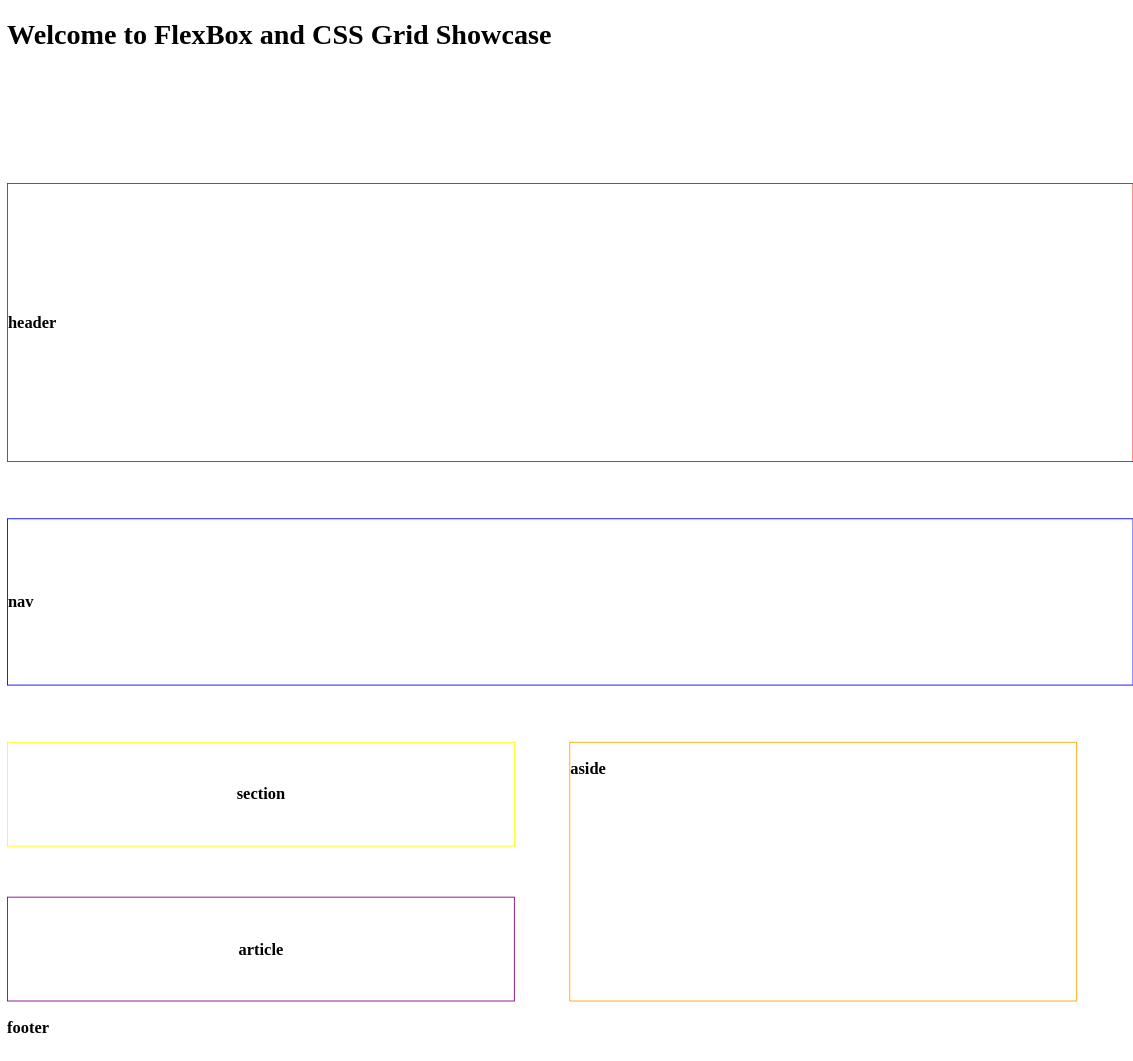
Repository: Awhit-commits/CSS_GRID_AND_FLEXBOX_LESSON
Page: index.html
These files come from the project's save history. The page is drawn as it stood at one moment and after the next save; the edit follows.
The browser window is 1280 px wide. The page is 1288 px wide, so the pictures cover 1288 px, including what lies to the right of the window. The pictures show the whole page, at 88% of full size.

Above is the page before, as saved 2020-12-21 18:40:49.

After the next save:
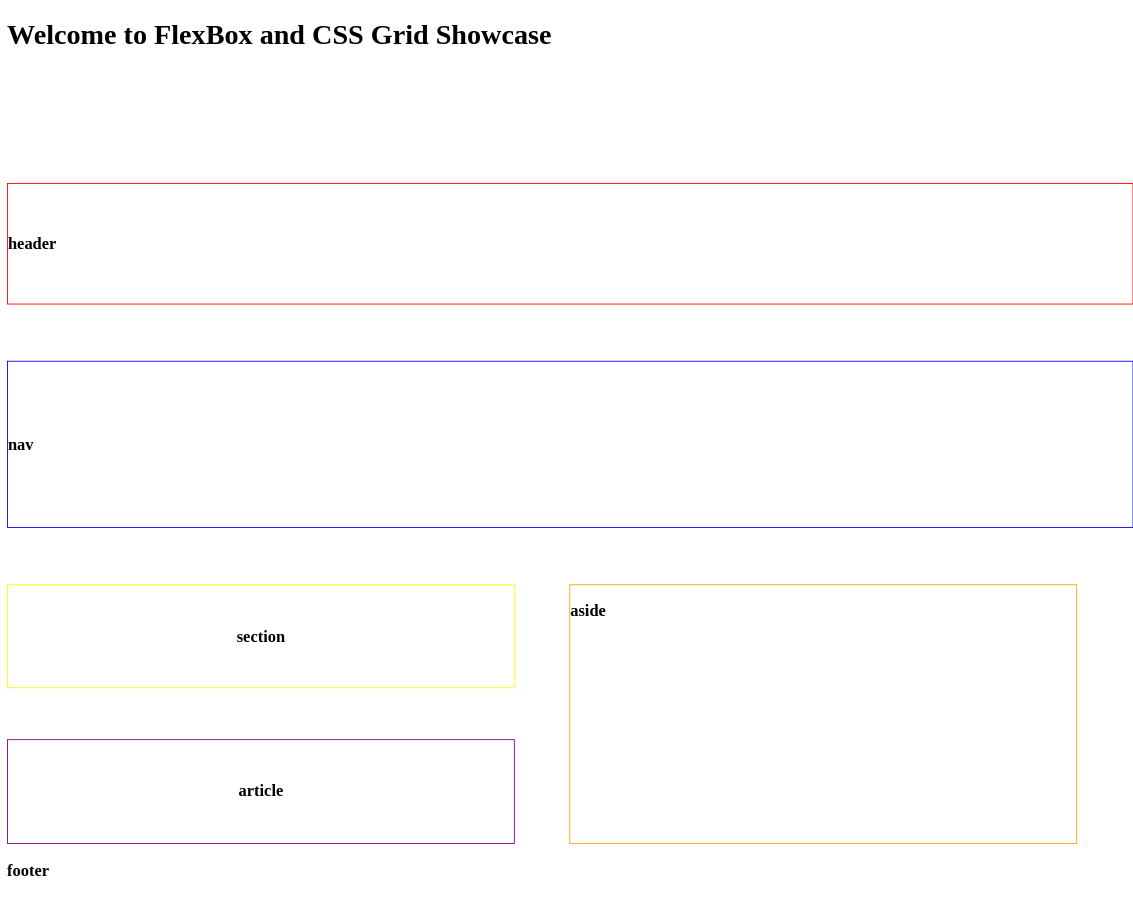
Saved 7 s later.
--- a/style.css
+++ b/style.css
@@ -38,7 +38,7 @@ body{
 }
 .header{
     /* flex: 1 1 auto; */
-    padding: 10% 0 ;
+    padding: 3% 0 ;
     margin-top: 10%;
     border: 1px solid red;
     /* width: 100%; */
